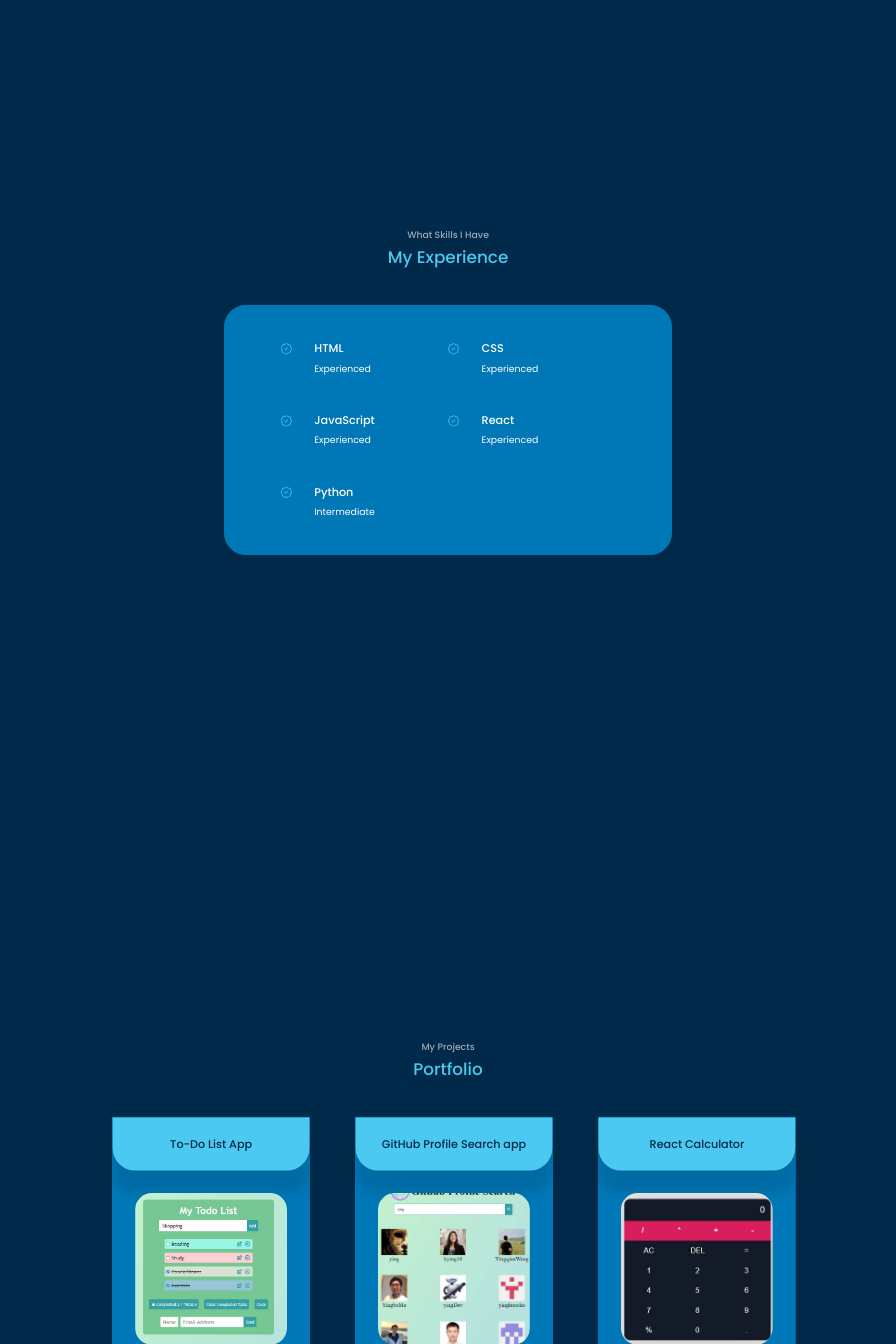
Repository: yingluo1020/react-portfolio-website
Page: /
These files come from the project's save history. The page is drawn as it stood at one moment and after the next save; the edit follows.
The browser window is 1280 px wide. The pictures show the part of the page from y = 1555 to 3475 px (the page is 5703 px tall before and 5463 px after), at 70% of full size.
The project was rebuilt for these pictures with package versions that can differ from the ones it lists, and the page was loaded fresh each time. Imported but missing from the stored project, and not drawn on this page: src/assets/YingLuo_resume.pdf.

Above is the page before, as saved 2022-03-16 16:27:34.

### src/index.css
@import url('https://fonts.googleapis.com/css2?family=Poppins:wght@300;400;500;600&display=swap');

* {
 margin: 0;
 padding: 0;
 border: 0;
 outline: 0;
 box-sizing: border-box;
 list-style: none;
 text-decoration: none;
}

:root {
    --color-bg:#012a4a;
    --color-bg-variant:#0077b6;
    --color-primary:#4cc9f0;
    --color-primary-variant:rgba(77,181,255,0.4);
    --color-white:#fff;
    --color-light:rgba(255,255,255,0.6);

    --transition:all 400ms ease;

    --container-width-lg:75%;
    --container-width-md:86%;
    --container-width-sm:90%;
}

html {
    scroll-behavior:smooth;
}

::-webkit-scrollbar {
    display: none;
}

body {
    font-family: 'Poppins', sans-serif;
    background: var(--color-bg);
    color:var(--color-white);
    line-height:1.7;
}

/* general styles */
.container {
    width:var(--container-width-lg);
    margin: 0 auto;
}

h1,
h2,
h3,
h4,
h5 {
    font-weight: 500;
}

h1 {
    font-size: 2.5rem;
}

section {
    margin-bottom: 5rem;
    min-height: 150vh;
}

section > h2, section > h5 {
    text-align: center;
    color: var(--color-light);
}

section > h2 {
    color: var(--color-primary);
    margin-bottom: 3rem;
}

.text-light {
    color: var(--color-light);
}

a {
    color: var(--color-primary);
    transition: var(--transition);
}

a:hover {
    color: var(--color-white);
}

.btn {
    width: max-content;
    display: inline-block;
    color: var(--color-primary);
    padding: 0.75rem 1.2rem;
    border-radius:0.4rem;
    cursor: pointer;
    border: 1px solid var(--color-primary);
    transition: var(--transition);
}

.btn:hover{
    background: var(--color-white);
    color: var(--color-bg);
    border-color: transparent;
}

.btn-primary {
    background: var(--color-primary);
    color: var(--color-bg);
}

img{
    display: block;
    width: 100%;
    object-fit: cover;
}

/* media queries(medium devices)*/
@media screen and (max-width:1024px) {
    .container {
        width: var(--container-width-sm);
    }

    section> h2 {
        margin-bottom: 2rem;
    }
}

### src/components/header/Header.js
import React from 'react'
import './header.css';
import CV from '../../assets/YingLuo_resume.pdf'


function Header() {
    return (
        <header>
            <div className="container header_container">
                <h5>Hello, I'm</h5>
                <h1>Ying Luo</h1>
                <h5 className="text-light">Front-end Developer</h5>

                <div className='cta'>
                    <a href={CV} download className='btn'>Download My CV</a>
                    <a href="#contact" className='btn btn-primary'>Contact me</a>
                </div>
            </div>
        </header>
    )
}

export default Header

### src/components/nav/Nav.js
import React, { useState } from 'react'
import './nav.css'
import { AiOutlineHome, } from 'react-icons/ai'
import { AiOutlineUser } from 'react-icons/ai'
import { BiBook } from 'react-icons/bi'
import { AiOutlineFundProjectionScreen } from 'react-icons/ai'
import { BiMessageSquareDetail } from 'react-icons/bi'


function Nav() {
    const [activeNav, setActiveNav] = useState('#')
    return (
        <nav>
            <a href="#" onClick={() => setActiveNav('#')} className={activeNav === '#' ? 'active' : ''}><AiOutlineHome /></a>
            <a href="#about" onClick={() => setActiveNav('#about')} className={activeNav === '#about' ? 'active' : ''}><AiOutlineUser /></a>
            <a href="#experience" onClick={() => setActiveNav('#experience')} className={activeNav === '#experience' ? 'active' : ''}><BiBook /></a>
            <a href="#portfolio" onClick={() => setActiveNav('#services')} className={activeNav === '#services' ? 'active' : ''}><AiOutlineFundProjectionScreen /></a>
            <a href="#contact" onClick={() => setActiveNav('#contact')} className={activeNav === '#contact' ? 'active' : ''}><BiMessageSquareDetail /></a>
        </nav>
    )
}

export default Nav

### src/components/about/About.js
import React from 'react'
import avatar from '../../assets/avatar.JPG'
import { FaChalkboardTeacher } from 'react-icons/fa'
import { VscFolderLibrary } from 'react-icons/vsc'
import { FaGithub } from 'react-icons/fa';
import './about.css';

function About() {
    return (
        <section id='about'>
            <h5>My Intro</h5>
            <h2>About Me</h2>

            <div className="container about_container">
                <div className="about_me">
                    <div className="about_image">
                        <img src={avatar} alt="About Image" />
                    </div>
                </div>

                <div className="about_content">
                    <div className="about_cards">
                        <article className="about_card">
                            <FaChalkboardTeacher className='about_icon' />
                            <h5> Self-learner on Frontend </h5>
                            <small>HTML/CSS, JavaScript, React, Axios...</small>
                        </article>

                        <article className="about_card">
                            <VscFolderLibrary className='about_icon' />
                            <h5>Personal IT Projects </h5>
                            <small>10+ completed:  </small>
                            <a href="https://github.com/yingluo1020" target="_blank"><FaGithub /></a>
                        </article>
                    </div>

                    <p>I am a highly motivated self-learner software developer with experience in developing a wide range of web applications and software. I am currently seeking to be a frontend developer where I can apply my knowledge and further develop my skills.
                        <a href="https://github.com/yingluo1020" target="_blank"><FaGithub /></a>
                    </p>
                    <div className="about_btn">
                        <a href="#contact" className="btn btn">Contact Me</a>
                        <a href="#portfolio" target="_blank" className="btn btn-primary">Go to My Projects</a>
                    </div>

                </div>
            </div>
        </section>
    )
}

export default About

### src/components/experience/Experience.js
import React from 'react'
import './experience.css';
import { BsPatchCheck } from 'react-icons/bs'


function Experience() {
    return (
        <section id='experience'>
            <h5>What Skills I Have</h5>
            <h2>My Experience</h2>

            <div className="container experience_container">
                <article className='experience_details'>
                    <BsPatchCheck className='experience_details-icon' />
                    <div>
                        <h4>HTML</h4>
                        <small className='text_light'>Experienced</small>
                    </div>
                </article>

                <article className='experience_details'>
                    <BsPatchCheck className='experience_details-icon' />
                    <div>
                        <h4>CSS</h4>
                        <small className='text_light'>Experienced</small>
                    </div>
                </article>

                <article className='experience_details'>
                    <BsPatchCheck className='experience_details-icon' />
                    <div>
                        <h4>JavaScript</h4>
                        <small className='text_light'>Experienced</small>
                    </div>
                </article>
                <article className='experience_details'>
                    <BsPatchCheck className='experience_details-icon' />
                    <div>
                        <h4>React </h4>
                        <small className='text_light'>Experienced</small>
                    </div>
                </article>

                <article className='experience_details'>
                    <BsPatchCheck className='experience_details-icon' />
                    <div>
                        <h4>Python</h4>
                        <small className='text_light'>Intermediate</small>
                    </div>
                </article>
            </div>

        </section>
    )
}

export default Experience

### src/components/portfolio/Portfolio.js
import React from 'react'
import './portfolio.css';
import project1 from '../../assets/todo1.jpg'
import project2 from '../../assets/search.jpg'
import project3 from '../../assets/calculator.jpg'
import project4 from '../../assets/btc_alert.jpg'



function Portfolio() {
    return (
        <section id='portfolio'>
            <h5>My Projects</h5>
            <h2>Portfolio</h2>
            <div className="container portfolio_container ">
                <article className='portfolio'>
                    <div className="portfolio_head">
                        <h3 >To-Do List App</h3>
                    </div>

                    <div className="portfolio_item-image">
                        <img src={project1} alt="project1" />
                    </div>

                    <div className="portfolio_link">
                        <a href="https://github.com/yingluo1020/react_todoList" target='_blank' className='btn '>GitHub</a>
                        <a href="http://todolist.yingluoresume.com" target='_blank' className='btn btn-primary'>Live Demo</a>
                    </div>
                </article>

                <article className='portfolio'>
                    <div className="portfolio_head">
                        <h3 >GitHub Profile Search app</h3>
                    </div>

                    <div className="portfolio_body">
                        <div className="portfolio_item-image">
                            <img src={project2} alt="project1" />
                        </div>
                    </div>
                    <div className="portfolio_link">
                        <a href="https://github.com/yingluo1020/github_search" target='_blank' className='btn '>GitHub</a>
                        <a href="https://githubsearch.yingluoresume.com" target='_blank' className='btn btn-primary'>Live Demo</a>
                    </div>
                </article>

                <article className='portfolio'>
                    <div className="portfolio_head">
                        <h3 >React Calculator</h3>
                    </div>

                    <div className="portfolio_body">
                        <div className="portfolio_item-image">
                            <img src={project3} alt="project1" />
                        </div>
                    </div>
                    <div className="portfolio_link">
                        <a href="https://github.com/yingluo1020/react_calculator" target='_blank' className='btn '>GitHub</a>
                        <a href="https://calculator.yingluoresume.com" target='_blank' className='btn btn-primary'>Live Demo</a>
                    </div>
                </article>

                <article className='portfolio'>
                    <div className="portfolio_head">
                        <h3 >Cryptocurrency Price Alert program</h3>
                    </div>

                    <div className="portfolio_body">
                        <div className="portfolio_item-image">
                            <img src={project4} alt="project1" />
                        </div>
                    </div>
                    <div className="portfolio_link">
                        <a href="https://github.com/yingluo1020/Crypto-Alert" target='_blank' className='btn btn-primary'>GitHub</a>
                    </div>
                </article>

            </div>
        </section>
    )
}

export default Portfolio

### src/components/contact/Contact.js
import React, { useRef } from 'react'
import './contact.css'
import { MdOutlineEmail } from 'react-icons/md'
import { RiMessengerLine } from 'react-icons/ri'
import { BsWhatsapp } from 'react-icons/bs'
import emailjs from '@emailjs/browser';


function Contact() {
    const form = useRef();

    const sendEmail = (e) => {
        e.preventDefault();

        emailjs.sendForm('service_s6sapzl', 'template_utnko3u', form.current, 'user_Ak4JS85QR5w9GZLqKm3hY')

        alert(`I'll will reply you ASAP :)`)
        e.target.reset()
    };

    return (
        <section id="contact">
            <h5>Get In Touch</h5>
            <h2>Contact Me</h2>

            <div className="container contact_container">
                <div className="contact_options">
                    <article className='contact_option'>
                        <MdOutlineEmail className='contact_option-icon' />
                        <h4>Email</h4>
                        <h5>yingluo1020@gmail.com</h5>
                        <a href="mailto:yingluo1020@gmail.com" target='_blank'>Send a message</a>
                    </article>

                    <article className='contact_option'>
                        <RiMessengerLine className='contact_option-icon' />
                        <h4>Messenger</h4>
                        <h5>Ying Luo</h5>
                        <a href="https://m.me/yng.luo" target='_blank'>Send a message</a>
                    </article>

                    <article className='contact_option'>
                        <BsWhatsapp className='contact_option-icon' />
                        <h4>WhatsApp</h4>
                        <h5>+44 7407171383</h5>
                        <a href="https://api.whatsapp.com/send?phone+447407171383" target='_blank'>Send a message</a>
                    </article>
                </div>
                {/* End of contact options */}
                <form action="" ref={form} onSubmit={sendEmail}>
                    <input type="text" name='name' placeholder='Your Name' required />
                    <input type="email" name='email' placeholder='Your Email' required />
                    <textarea type="text" name='name' placeholder='Your Message' required ></textarea>
                    <button type="submit" className="btn btn-primary">Send a message</button>
                </form>

            </div>
        </section>

    )
}

export default Contact

### src/components/footer/Footer.js
import React from 'react'
import './footer.css'
import { BsLinkedin } from 'react-icons/bs';
import { FaGithub } from 'react-icons/fa';
import { FiDribbble } from 'react-icons/fi';


function Footer() {
    return (
        <footer>
            <a href="https://github.com/yingluo1020" target="_blank" className='footer_logo'><FaGithub /> Ying Luo</a>
            <ul className='permalinks'>
                <li><a href="#">Home</a></li>
                <li><a href="#about">About</a></li>
                <li><a href="#experience">Experience</a></li>
                <li><a href="#portfolio">Portfolio</a></li>
                <li><a href="#contact">Contact</a></li>
            </ul>

            <div className="footer_copyright">
                <small>&copy; All rights reserved by Ying Luo.</small>
            </div>
        </footer>
    )
}

export default Footer

### src/components/header/header.css
header {
    height: 100vh;
    padding-top: 5rem;
    overflow: hidden;
}

.header_container {
    text-align: center;
    height: 100%;
    position: relative;
}

.cta {
    margin: 2.5rem auto;
    display: flex;
    gap:1.2rem;
    justify-content: center;
}

.avatar {
    background: linear-gradient(var(--color-primary),transparent) ;
    width: 22rem;
    height: 30rem;
    position: absolute;
    left: calc(50% - 11rem);
    border-radius: 12rem 12rem 0 0 ;
    overflow: hidden;
    padding: 5rem 1.5rem 1.5rem 1.5rem;
}


/* media queries(medium devices)*/
@media screen and (max-width:1024px) {
    header {
        height: 68vh;
    }
}

/* media queries(small devices)*/
@media screen and (max-width:600px) {
   header {
       height: 100vh;
   }
}

### src/components/nav/nav.css
nav {
    background: rgba(0, 0, 0, 0.3);
    width: max-content;
    display: block;
    padding:0.7rem 1.7rem;
    z-index: 2;
    position: fixed;
    left: 50%;
    transform: translateX(-50%);
    bottom: 2rem;
    display: flex;
    gap: 0.8rem;
    border-radius: 3rem;
    /* backdrop-filter: blur(15px); */
}

nav a {
    background: transparent;
    padding: 0.9rem;
    border-radius:50% ;
    display: flex;
    color: var(--color-light);
    font-size: 1.1rem;
}

nav a:hover{
    background: rgba(0, 0, 0, 0.3);
}

nav a.active {
    background: var(--color-primary);
    color: var(--color-bg);
}

### src/components/about/about.css
.about_container {
    display: grid;
    grid-template-columns: 35% 50%;
    gap: 15%;
    height: 80vh;
}

.about_me{
    width: 100%;
    aspect-ratio: 0.95/1;
    border-radius: 2rem;
    background: linear-gradient(45deg,transparent,var( --color-primary),transparent);
    display: grid;
    place-items: center;
}

.about_image {
    border-radius: 2rem;
    overflow: hidden;
    transform: rotate(10deg);
    transition: var(--transition);
}

.about_image:hover{
    transform: rotate(0);
}

.about_image img {
    width: 75%;
    margin: 0 auto;
}
.about_cards {
    display: grid;
    grid-template-columns: repeat(2,1fr);
    gap: 1.5rem;
}

.about_card {
    background: var(--color-bg-variant);
    border:1px solid transparent ;
    border-radius: 1rem;
    padding: 2rem;
    text-align: center;
    transition: var(--transition);
}

.about_card:hover {
    background:transparent;
    border-color:var(--color-primary-variant) ;
    cursor: default;
}

.about_icon {
    color: var(--color-primary);
    font-size: 1.4rem;
    margin-bottom: 1rem;
}

.about_card h5 {
    font-size: 0.9rem;
}

.about_card small {
    font-size: 0.7rem;
    color: var(--color-light);
}
.about_content{
    height: fit-content;
}
.about_content p {
    margin: 2rem 0 2.6rem;
    color: var(--color-light);
}

.about_content .about_btn {
    display: flex;
    gap:1.2rem;
}

/* media queries(medium devices)*/
@media screen and (max-width:1024px) {
    .about_container {
        grid-template-columns: 1fr ;
        gap:0;
    }

    .about_me{
        width: 50%;
        margin: 2rem auto 4rem;
    }

    .about_content p {
        margin: 1rem 0 1.5rem;
    }
}

/* media queries(small devices)*/
@media screen and (max-width:600px) {
    .about_me{
        width: 65%;
        margin: 0 auto 3rem;
    }

    .about_cards {
        grid-template-columns: 1fr 1fr;
        gap: 1rem;
    }

    .about_content {
        text-align: center;
    }

    .about_content p {
        margin: 1.5rem 0.5rem;
    }
}

### src/components/experience/experience.css

.experience_container{
    width: 50%;
    display: grid;
    grid-template-columns: 1fr 1fr;
    justify-items:  stretch;
    row-gap: 3rem ;
    background: var(--color-bg-variant);
    padding: 3rem 5rem;
    border-radius: 2rem;
    border: 1px solid transparent;
    transition: var(--transition);
}


.experience_container:hover{
    background: transparent;
    border-color: var(--color-primary-variant);
    cursor: default;
}


.experience_details {
    display: flex;
    gap: 2rem;
}

.experience_details-icon{
    margin-top: 6px;
    color: var(--color-primary);
}

/* media queries(medium devices)*/
@media screen and (max-width:1024px) {
    .experience_container  {
        width: 80%;
        padding: 2rem;
        margin: 0 auto;
    }

}

/* media queries(small devices)*/
@media screen and (max-width:600px) {
    .experience_container{
        width: 100%;
        grid-template-columns: 1fr;
        padding: 1rem;
    }

}

### src/components/portfolio/portfolio.css


.portfolio_container{
    display: grid;
    grid-template-columns: repeat(3,1fr);
    gap: 4rem;
    row-gap: 2rem;
}

.portfolio {
    background: var(--color-bg-variant);
    border-radius:0 0 2rem 2rem;
    border: 1px solid transparent;
    transition: var(--transition);
}

.portfolio:hover {
    background: transparent;
    border-color: var(--color-primary-variant);
    transition: var(--transition);
}

.portfolio_head{
    background: var(--color-primary);
    border-radius:0 0 2rem 2rem;
    padding: 1.5rem;
    box-shadow: 0 2rem 1rem rgba(0,0,0,0.1);
}

.portfolio_head h3 {
    text-align: center;
    font-size: 1rem;
    color: var(--color-bg);
}

.portfolio_item-image {
    /* width: 25rem; */
    aspect-ratio: 1/1;
    border-radius: 1.5rem;
    overflow: hidden;
    margin: 2rem;
}

.portfolio_item-image img {
    width: 100%;
    height: 100%;
}

.portfolio_link {
    display: flex;
    justify-content: space-around;
    margin: 2rem;
}


/* media queries(medium devices)*/
@media screen and (max-width:1024px) {
    .portfolio_container{
        grid-template-columns: 1fr 1fr;
        gap: 1.2rem;
    }
}

/* media queries(small devices)*/
@media screen and (max-width:600px) {
    .portfolio_container {
        grid-template-columns: 1fr;
        gap: 1rem;
    }
}

### src/components/contact/contact.css
.contact_container {
    width: 58%;
    display: grid;
    grid-template-columns: 30% 58%;
    gap: 12%;
}

.contact_options {
    display: flex;
    flex-direction: column;
    gap: 1.2rem;
}

.contact_option{
    background: var(--color-bg-variant);
    padding: 1.2rem ;
    border-radius:1.2rem;
    border: 1px solid transparent;
    text-align: center;
    transition: var(--transition);
}

.contact_option:hover{
    background: transparent;
    border-color: var(--color-primary-variant);
}

.contact_option-icon{
    font-size: 1.5rem;
    margin-bottom: 0.5rem;
}

.contact_option a {
    margin-top: 0.7rem;
    display: inline-block;
    font-size: 0.8rem;
}

/* form */
form {
    display: flex;
    flex-direction: column;
    gap: 1.2rem;
}

input, textarea{
    width: 100%;
    padding: 1.5rem ;
    border-radius:0.5rem;
    border: 2px solid var(--color-primary-variant);
    background: transparent;
    resize: none; /* 元素不能被用户缩放。 */
    color: var(--color-white);
}

/* media queries(medium devices)*/
@media screen and (max-width:1024px) {
    .contact_container {
        grid-template-columns: 1fr;
        gap: 2rem;
    }

}

/* media queries(small devices)*/
@media screen and (max-width:600px) {
    .contact_container{
        width: var(--container-width-sm);
    }
}

### src/components/footer/footer.css
footer {
    background: var(--color-primary);
    padding: 2rem 0;
    text-align: center;
    font-size: 0.9rem;
    margin-top: 7rem;
}

footer a {
    color: var(--color-bg);
}

.footer_logo{
    font-size: 2rem;
    font-weight: 500;
    margin-bottom: 2rem;
    display: inline-block;
}

.permalinks{
    display: flex;
    flex-wrap: wrap;
    justify-content: center;
    gap: 2rem;
    margin: 0 auto 3rem;
}

.footer_socials{
    display: flex;
    justify-content: center;
    gap: 1rem;
    margin-bottom: 4rem;
}

.footer_socials a {
    display: flex;
    background: var(--color-bg);
    color: var(--color-white);
    padding: 0.8rem;
    border-radius: 0.7rem;
    border: 1px solid transparent;
    transition: var(--transition);
}

.footer_socials a:hover{
    background: transparent;
    color: var(--color-bg);
    border-color: var(--color-bg);
}

.footer_copyright {
    margin-bottom: 4rem;
    color: var(--color-bg);
}

/* media queries(small devices)*/
@media screen and (max-width:600px) {
    .permalinks{
        flex-direction: column;
        gap: 1.5rem;
    }

    .footer_socials{
        margin-bottom: 2.6rem;
    }
}

Loaded but not shown: public/index.html (common file); src/index.js (common file); src/App.js (common file)

After the next save:
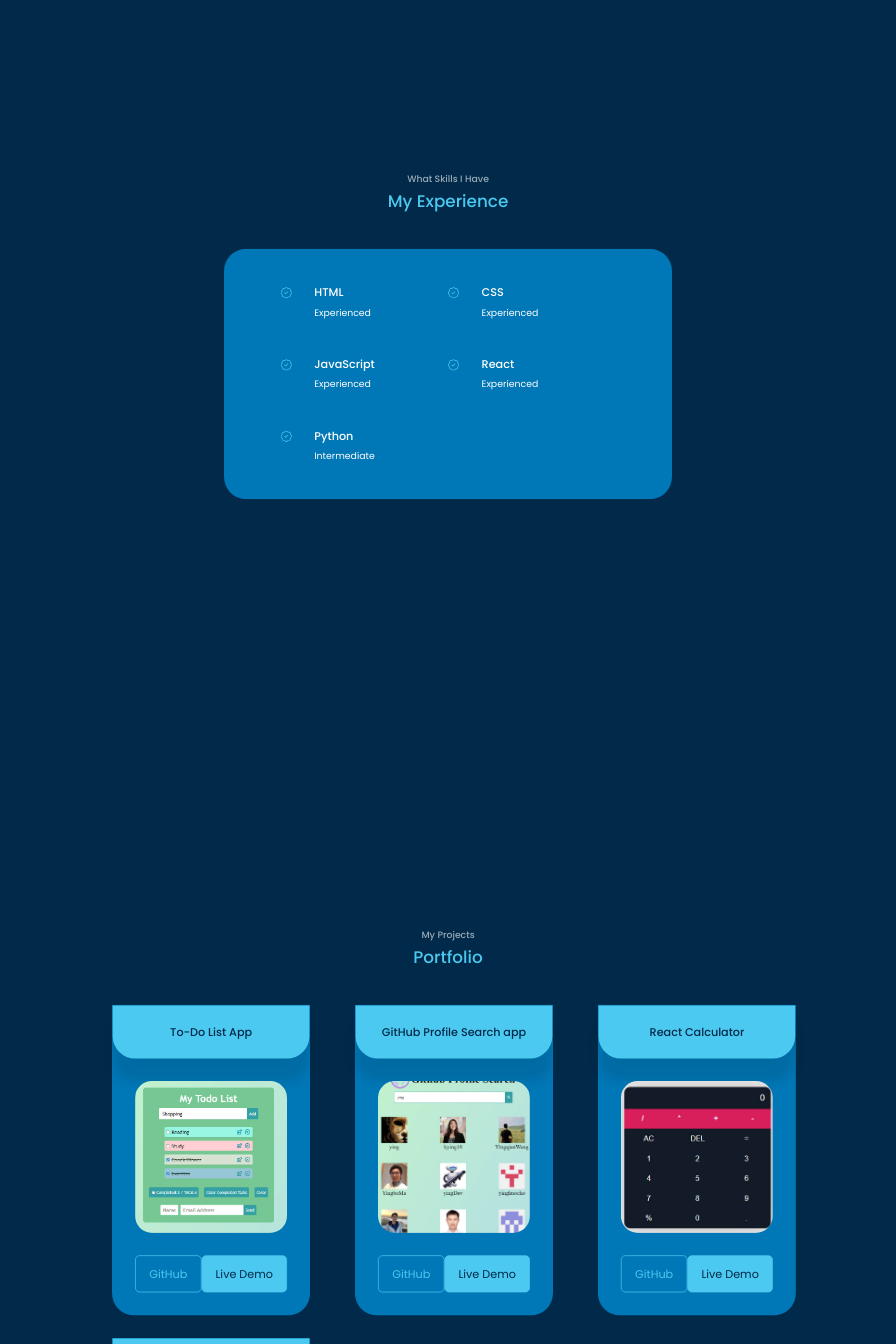
Saved 57 s later.
--- a/src/index.css
+++ b/src/index.css
@@ -59,7 +59,7 @@ h1 {
 }
 
 section {
-    margin-bottom: 5rem;
+    /* margin-bottom: 5rem; */
     min-height: 150vh;
 }
 
